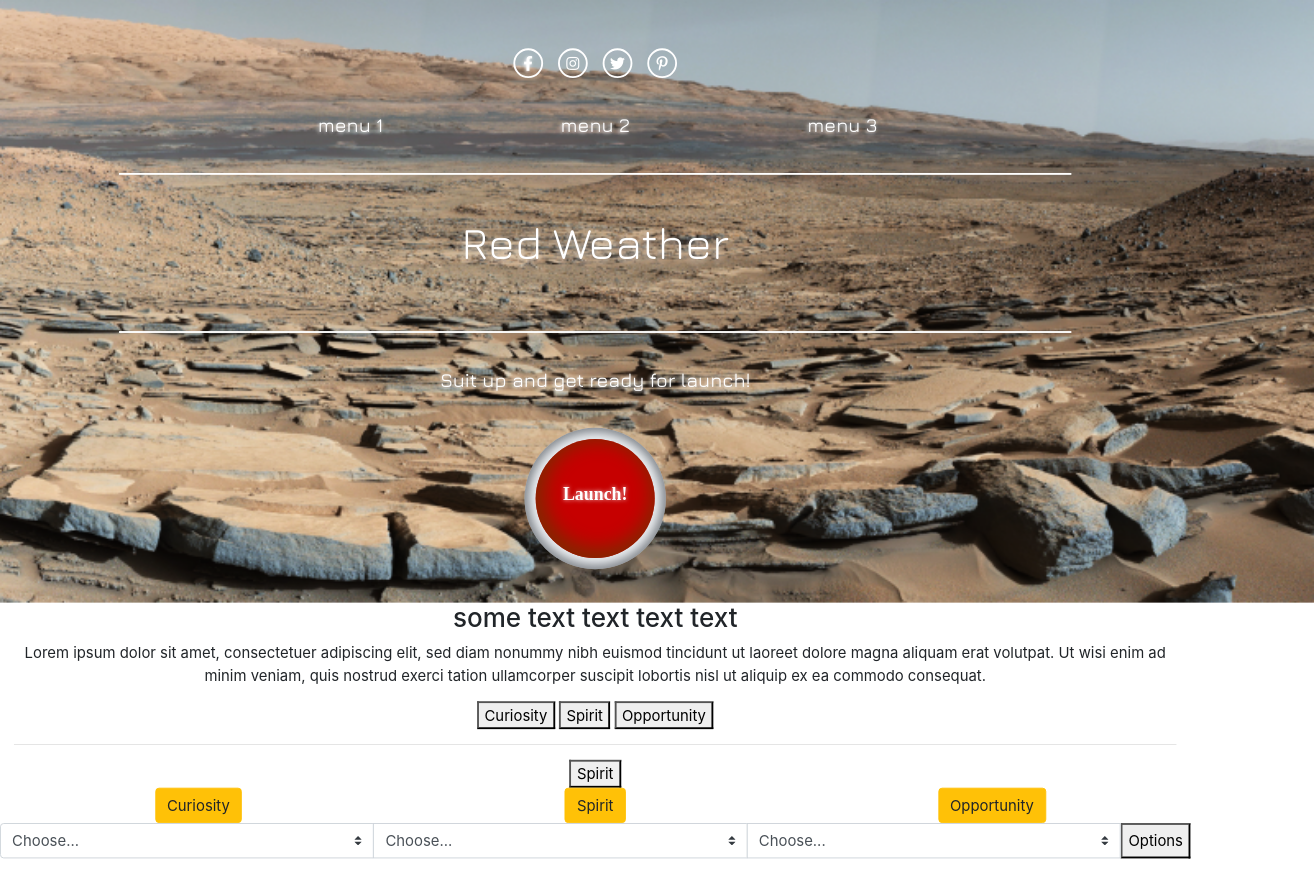
Repository: romqrq/Red-Planet-Explorer
Page: index.html
The author's editor kept a record of every edit. The page is drawn from the files as they stood at one moment, then again after the next edit.
The browser window is 1280 px wide. The page is 1413 px wide, so the pictures cover 1413 px, including what lies to the right of the window. The pictures show the whole page, at 93% of full size.
Some web fonts or font styles are not loaded; a fallback is used. Some web libraries are served in a nearby version.

Above is the page before.

After the next edit:
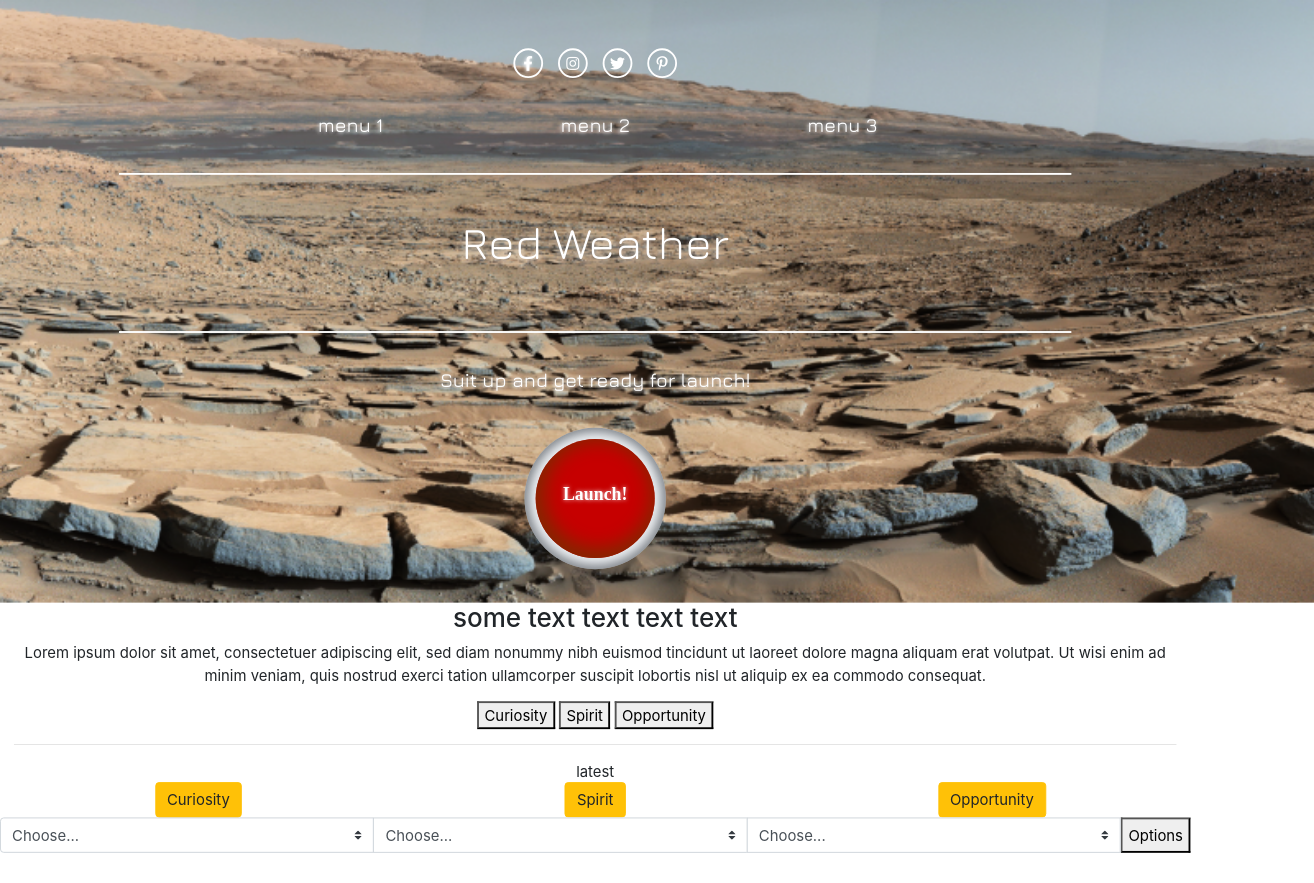
The edit:
--- a/index.html
+++ b/index.html
@@ -104,7 +104,7 @@
             <button onclick="setName('spirit'), writeToDocument()">Spirit</button>
             <button onclick="setName('opportunity')">Opportunity</button>
             <hr>
-            <button onclick="writeRoverByName('spirit')">Spirit</button>
+            <div>latest</div>
             <div class="row">
                 <div class="col-4">
                     <button class="btn btn-warning" onclick="writeLatestToDocument()" value="curiosity">Curiosity</button>
